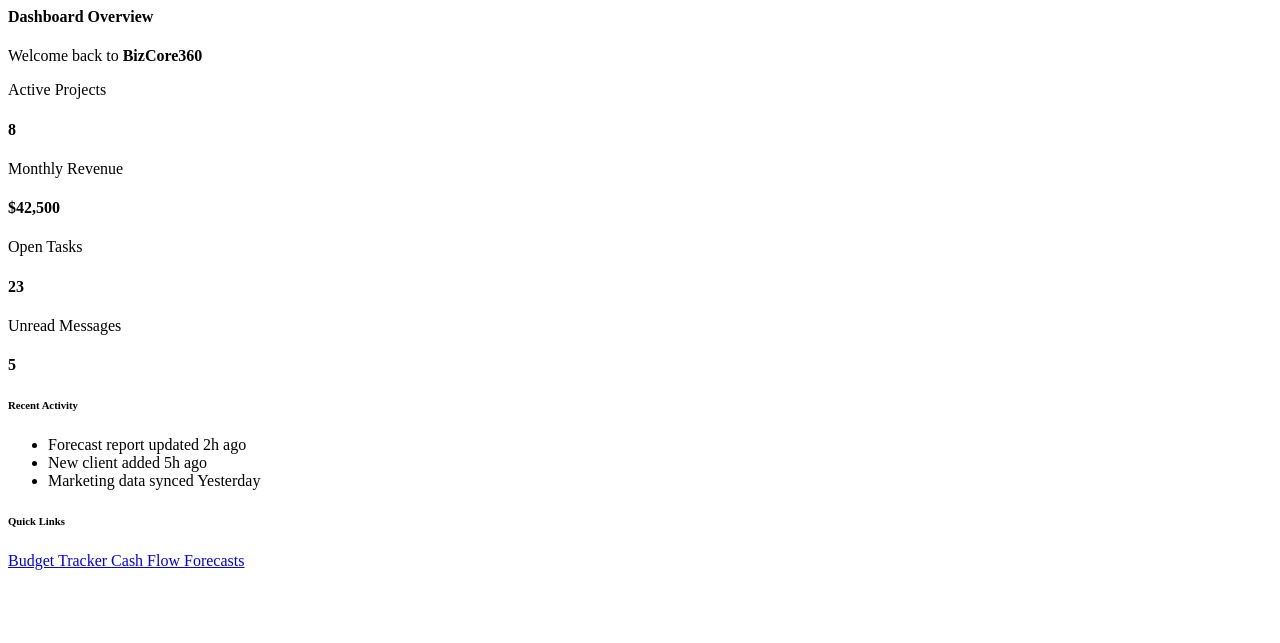
Repository: tonym642/bizcore360-wp
Page: pages/dashboard.html
The author's editor kept a copy of each file at every save. The page is drawn from the files as they stood at one save, then again after the next save.
The browser window is 1280 px wide. The pictures show the whole page.

Above is the page before, as saved 2025-10-22 16:29:24.

After the next save:
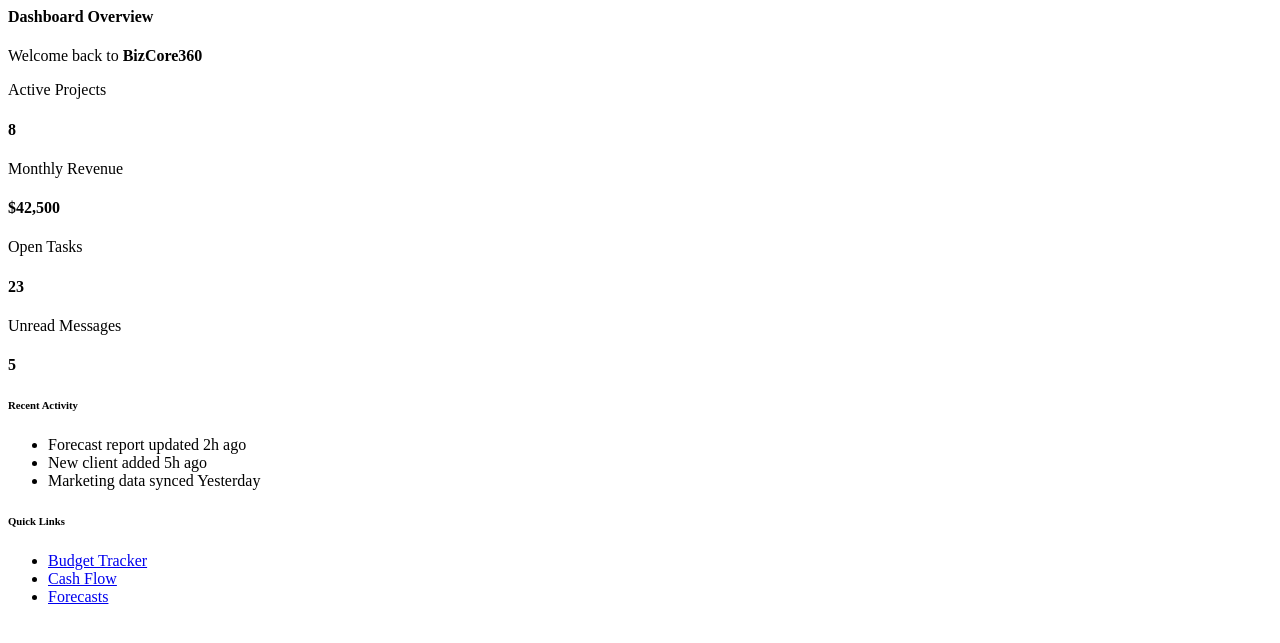
Saved 81 s later.
--- a/pages/dashboard.html
+++ b/pages/dashboard.html
@@ -8,57 +8,41 @@
   <!-- Summary Cards -->
   <div class="row g-3 mb-4">
     <div class="col-6 col-md-3">
-      <div class="card border-0 shadow-sm rounded-4 h-100">
+      <div class="card border-0 shadow-sm rounded-4 h-100 text-center p-3 summary-card">
         <div class="card-body">
-          <div class="d-flex justify-content-between align-items-center">
-            <div>
-              <p class="text-muted mb-1 small">Active Projects</p>
-              <h4 class="fw-bold mb-0">8</h4>
-            </div>
-            <i class="bi bi-kanban fs-2 text-primary"></i>
-          </div>
+          <i class="bi bi-kanban fs-1 text-primary mb-2"></i>
+          <p class="text-muted mb-1 small">Active Projects</p>
+          <h4 class="fw-bold mb-0">8</h4>
         </div>
       </div>
     </div>
 
     <div class="col-6 col-md-3">
-      <div class="card border-0 shadow-sm rounded-4 h-100">
+      <div class="card border-0 shadow-sm rounded-4 h-100 text-center p-3 summary-card">
         <div class="card-body">
-          <div class="d-flex justify-content-between align-items-center">
-            <div>
-              <p class="text-muted mb-1 small">Monthly Revenue</p>
-              <h4 class="fw-bold mb-0 text-dark">$42,500</h4>
-            </div>
-            <i class="bi bi-currency-dollar fs-2 text-success"></i>
-          </div>
+          <i class="bi bi-currency-dollar fs-1 text-success mb-2"></i>
+          <p class="text-muted mb-1 small">Monthly Revenue</p>
+          <h4 class="fw-bold mb-0">$42,500</h4>
         </div>
       </div>
     </div>
 
     <div class="col-6 col-md-3">
-      <div class="card border-0 shadow-sm rounded-4 h-100">
+      <div class="card border-0 shadow-sm rounded-4 h-100 text-center p-3 summary-card">
         <div class="card-body">
-          <div class="d-flex justify-content-between align-items-center">
-            <div>
-              <p class="text-muted mb-1 small">Open Tasks</p>
-              <h4 class="fw-bold mb-0">23</h4>
-            </div>
-            <i class="bi bi-list-task fs-2 text-warning"></i>
-          </div>
+          <i class="bi bi-list-task fs-1 text-warning mb-2"></i>
+          <p class="text-muted mb-1 small">Open Tasks</p>
+          <h4 class="fw-bold mb-0">23</h4>
         </div>
       </div>
     </div>
 
     <div class="col-6 col-md-3">
-      <div class="card border-0 shadow-sm rounded-4 h-100">
+      <div class="card border-0 shadow-sm rounded-4 h-100 text-center p-3 summary-card">
         <div class="card-body">
-          <div class="d-flex justify-content-between align-items-center">
-            <div>
-              <p class="text-muted mb-1 small">Unread Messages</p>
-              <h4 class="fw-bold mb-0">5</h4>
-            </div>
-            <i class="bi bi-chat-dots fs-2 text-info"></i>
-          </div>
+          <i class="bi bi-chat-dots fs-1 text-info mb-2"></i>
+          <p class="text-muted mb-1 small">Unread Messages</p>
+          <h4 class="fw-bold mb-0">5</h4>
         </div>
       </div>
     </div>
@@ -68,7 +52,7 @@
   <div class="row g-4">
     <!-- Recent Activity -->
     <div class="col-lg-8">
-      <div class="card border-0 shadow-sm rounded-4">
+      <div class="card border-0 shadow-sm rounded-4 h-100">
         <div class="card-body">
           <h6 class="fw-semibold mb-3 text-dark">Recent Activity</h6>
           <ul class="list-unstyled small mb-0">
@@ -91,19 +75,24 @@
 
     <!-- Quick Links -->
     <div class="col-lg-4">
-      <div class="card border-0 shadow-sm rounded-4">
-        <div class="card-body">
-          <h6 class="fw-semibold mb-3 text-dark">Quick Links</h6>
-          <div class="d-grid gap-2">
-            <a href="#" data-page="budget.html" class="btn btn-outline-primary rounded-pill d-flex align-items-center justify-content-center gap-2">
-              <i class="bi bi-wallet2"></i> Budget Tracker
-            </a>
-            <a href="#" data-page="cash-flow.html" class="btn btn-outline-primary rounded-pill d-flex align-items-center justify-content-center gap-2">
-              <i class="bi bi-cash-coin"></i> Cash Flow
-            </a>
-            <a href="#" data-page="forecasts.html" class="btn btn-outline-primary rounded-pill d-flex align-items-center justify-content-center gap-2">
-              <i class="bi bi-graph-up-arrow"></i> Forecasts
-            </a>
+      <div class="card border-0 shadow-sm rounded-4 h-100">
+        <div class="card-body d-flex flex-column justify-content-between">
+          <div>
+            <h6 class="fw-semibold mb-3 text-dark">Quick Links</h6>
+            <ul class="list-unstyled mb-0 small">
+              <li class="mb-3 d-flex align-items-center">
+                <i class="bi bi-wallet2 text-primary me-2 fs-5"></i>
+                <a href="#" data-page="budget.html" class="text-decoration-none text-dark fw-medium link-hover">Budget Tracker</a>
+              </li>
+              <li class="mb-3 d-flex align-items-center">
+                <i class="bi bi-cash-coin text-primary me-2 fs-5"></i>
+                <a href="#" data-page="cash-flow.html" class="text-decoration-none text-dark fw-medium link-hover">Cash Flow</a>
+              </li>
+              <li class="d-flex align-items-center">
+                <i class="bi bi-graph-up-arrow text-primary me-2 fs-5"></i>
+                <a href="#" data-page="forecasts.html" class="text-decoration-none text-dark fw-medium link-hover">Forecasts</a>
+              </li>
+            </ul>
           </div>
         </div>
       </div>
@@ -111,16 +100,27 @@
   </div>
 </div>
 
+<!-- ✨ Styling -->
 <style>
-.card {
+.summary-card {
   transition: all 0.2s ease-in-out;
 }
-.card:hover {
-  transform: translateY(-2px);
-  box-shadow: 0 0.5rem 1rem rgba(0,0,0,0.07)!important;
+.summary-card:hover {
+  transform: translateY(-3px);
+  box-shadow: 0 0.75rem 1.25rem rgba(0, 0, 0, 0.08) !important;
+}
+.link-hover {
+  transition: color 0.2s ease, transform 0.2s ease;
+}
+.link-hover:hover {
+  color: #0d6efd !important;
+  transform: translateX(4px);
+}
+.card {
+  background-color: #fff;
 }
 </style>
 
 <script>
-console.log("📊 Clean dashboard loaded successfully");
+console.log("📊 Dashboard (final clean version) loaded successfully");
 </script>
